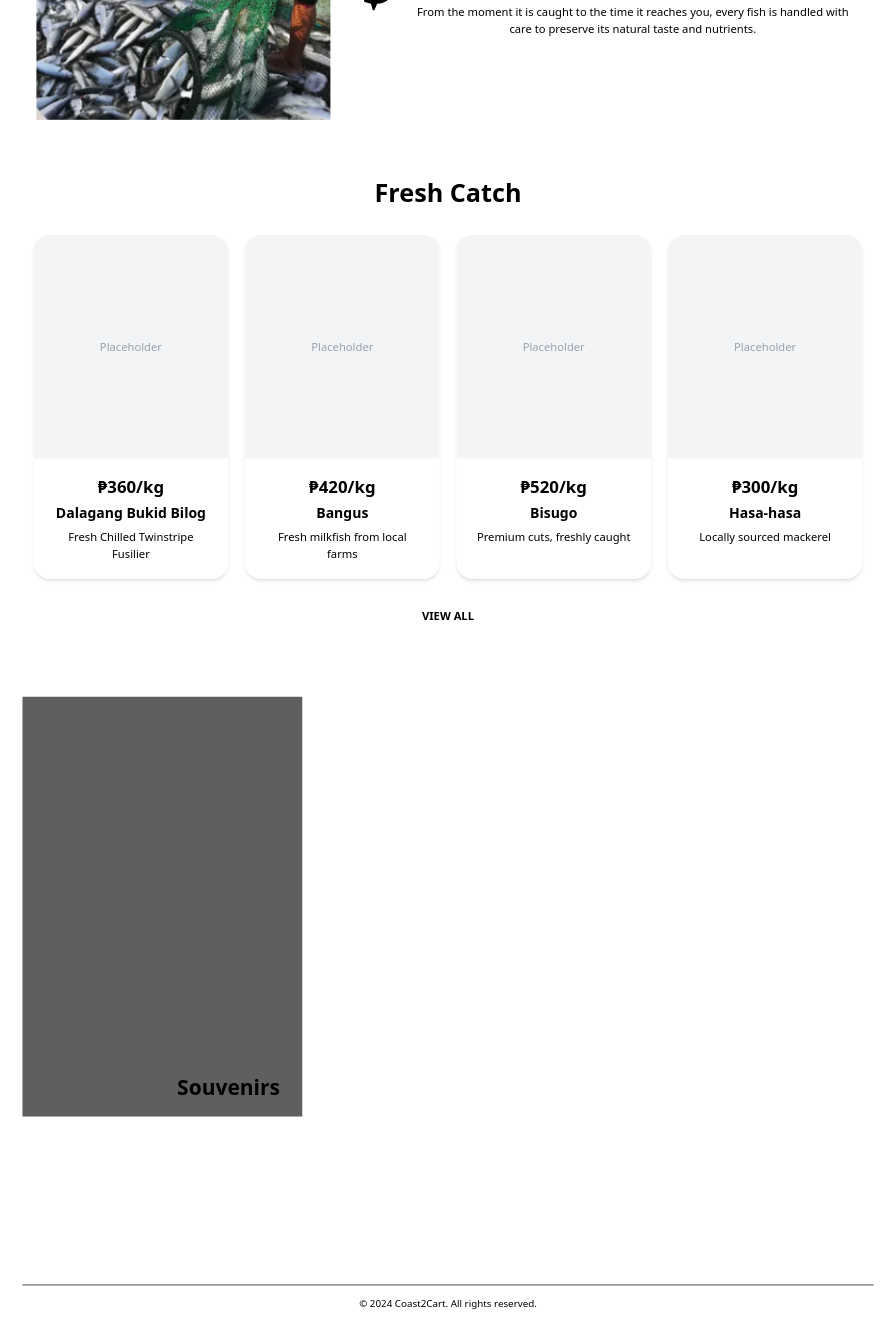
Repository: Coast2Card/coast2cart-frontend
Page: /
An editor plug-in stored every save of this project. The page is shown before and after the next save, followed by the edit.
The browser window is 1280 px wide. The pictures show the part of the page from y = 1873 to 3793 px (the page is 3793 px tall), at 70% of full size.
Pictures or frames that could not be fetched are drawn as grey boxes. The project was rebuilt for these pictures with package versions that can differ from the ones it lists, and the page was loaded fresh each time. Also part of the build but not shown: vite.config.js, src/pages/Seafood.jsx, src/pages/Souvenirs.jsx, src/pages/About.jsx, src/pages/Cart.jsx, src/pages/Profile.jsx, src/pages/Colors.jsx.

Above is the page before, as saved 2025-09-08 14:36:36.

### index.html
<!DOCTYPE html>
<html lang="en" data-theme="coast2cart">
  <head>
    <meta charset="UTF-8" />
    <!-- <link rel="icon" type="image/svg+xml" href="/vite.svg" /> -->
    <meta name="viewport" content="width=device-width, initial-scale=1.0" />
    <title>Coast2Cart</title>
  </head>
  <body>
    <div id="root"></div>
    <script type="module" src="/src/main.jsx"></script>
  </body>
</html>

### src/App.jsx
import { Routes, Route } from "react-router-dom";
import Layout from "./components/Layout";
import Home from "./pages/Home";
import Seafood from "./pages/Seafood";
import Souvenirs from "./pages/Souvenirs";
import About from "./pages/About";
import Cart from "./pages/Cart";
import Profile from "./pages/Profile";
import Colors from "./pages/Colors";
import "./App.css";

function App() {
  return (
    <Routes>
      {/* Routes with shared layout */}
      <Route path="/" element={<Layout />}>
        <Route index element={<Home />} />
        <Route path="seafood" element={<Seafood />} />
        <Route path="souvenirs" element={<Souvenirs />} />
        <Route path="about" element={<About />} />
        <Route path="cart" element={<Cart />} />
        <Route path="profile" element={<Profile />} />
        <Route path="colors" element={<Colors />} />
      </Route>
    </Routes>
  );
}

export default App;

### src/components/Layout.jsx
import { Outlet } from "react-router-dom";
import Navbar from "./Navbar";

const Layout = () => {
  return (
    <div className="min-h-screen bg-base-200">
      {/* Navigation Header */}
      <Navbar />

      {/* Main Content */}
      <main className=" mx-auto  ">
        <Outlet />
      </main>

      {/* Footer */}
      <footer className="bg-base-100 border-t border-base-300 mt-auto">
        <div className="max-w-7xl mx-auto py-4 px-4 sm:px-6 lg:px-8">
          <p className="text-center text-base-content/70 text-sm">
            © 2024 Coast2Cart. All rights reserved.
          </p>
        </div>
      </footer>
    </div>
  );
};

export default Layout;

### src/pages/Home.jsx
import homeBanner from "../assets/images/home_banner.jpg";
import baybayonLogo from "../assets/logos/c2c_white_transparent.png";
import fish1 from "../assets/images/home_fish1.png";
import fish2 from "../assets/images/home_fish2.png";
import fish3 from "../assets/images/home_fish3.png";
import fish4 from "../assets/images/home_fish4.png";
import fish5 from "../assets/images/home_fish5.png";
import HomeFeatures from "../components/home/HomeFeatures";
import HomeFreshCatch from "../components/home/HomeFreshCatch";
import HomeGallery from "../components/home/HomeGallery";
import HomeSouvenirs from "../components/home/HomeSouvenirs";
import CustomButton from "../components/CustomButton";
const Home = () => {
  return (
    <main className="relative overflow-x-hidden">
      {/* Home Banner */}
      <section className="w-full h-135 sm:h-[70vh] md:h-185 relative">
        <img
          src={homeBanner}
          alt="Home Banner"
          className="w-full h-full object-cover relative z-4"
          onError={(e) => {
            console.log("Image failed to load:", homeBanner);
            e.target.style.display = "none";
          }}
          onLoad={() => console.log("Image loaded successfully:", homeBanner)}
        />

        <div className="absolute inset-0 bg-black opacity-60 z-10"></div>

        <div className="absolute inset-0 z-20 flex items-start py-20 justify-center">
          <div className="text-center text-white">
            <h1 className="text-xl sm:text-2xl  font-extrabold font-display mb-[-15px] sm:mb-[-30px] md:mb-[-35px] lg:mb-[-30px]">
              Sea the best of Baybayon, from
            </h1>
            <img
              className="w-6/8 max-w-120 sm:w-6/8 md:4/8 lg:3/8 md:max-w-170 h-auto mx-auto "
              src={baybayonLogo}
            />
            <CustomButton text="Shop Now" className="mt-0 sm:mt-[-10px]" />
          </div>
        </div>
      </section>
      <section className=" relative overflow-hidden w-[140vw] flex items-center justify-center gap-4 sm:gap-6 mb-15 sm:mb-25   z-30 -mt-51 md:-mt-75 lg:-mt-75 left-1/2 -translate-x-1/2">
        <img
          src={fish1}
          alt="Fish 1"
          className="min-w-20 h-40 md:w-65 md:h-75  object-cover rounded-2xl"
        />
        <img
          src={fish2}
          alt="Fish 2"
          className="min-w-35 h-55  md:w-80 md:h-85 object-cover rounded-2xl"
        />
        <img
          src={fish3}
          alt="Fish 3"
          className="min-w-46 h-70 md:w-95 md:h-100 object-cover rounded-2xl"
        />
        <img
          src={fish4}
          alt="Fish 4"
          className="min-w-35 h-55 md:w-80 md:h-85 object-cover rounded-2xl"
        />
        <img
          src={fish5}
          alt="Fish 5"
          className="min-w-20 h-40 md:w-65 md:h-75 object-cover rounded-2xl"
        />
      </section>
      <section className="max-w-8xl mx-auto p-4 flex flex-col">
        <HomeFeatures className="mb-25" />
        <HomeGallery />
        <HomeFreshCatch />
      </section>
      <section className="flex lg:bg-primary w-full mb-60">
        <HomeSouvenirs />
      </section>
    </main>
  );
};

export default Home;

### src/components/Navbar.jsx
import { Link, useLocation } from "react-router-dom";
import { useState } from "react";
import { navLinks } from "../data/navigation";
import c2cLogo from "../assets/logos/c2c_transparent.png";
import searchIcon from "../assets/icons/search.png";
import cartIcon from "../assets/icons/cart.png";
import profileIcon from "../assets/icons/profile.png";
import commentIcon from "../assets/icons/comment.png";
const Navbar = () => {
  const location = useLocation();
  const [isMobileMenuOpen, setIsMobileMenuOpen] = useState(false);

  const isActive = (path) => {
    return location.pathname === path;
  };

  const toggleMobileMenu = () => {
    setIsMobileMenuOpen(!isMobileMenuOpen);
  };

  const closeMobileMenu = () => {
    setIsMobileMenuOpen(false);
  };

  return (
    <nav className="bg-base-300 shadow-lg py-2 sticky top-0 z-50">
      <div className="mx-auto px-6 sm:px-6 lg:px-8">
        <div className="flex justify-between h-16">
          <div className="flex items-center">
            <Link to="/" className="flex-shrink-0">
              <img src={c2cLogo} alt="Coast2Cart" className="h-17" />
            </Link>
          </div>

          {/* Desktop Navigation */}
          <div className="hidden md:flex items-center space-x-8">
            {navLinks.map((link) => (
              <Link
                key={link.path}
                to={link.path}
                className={`px-3 py-2 rounded-md text-md font-bold transition-colors ${
                  isActive(link.path)
                    ? " text-accent after:content-[''] after:block after:w-full after:h-0.5 after:bg-accent after:rounded-full"
                    : "text-black hover:text-primary hover:bg-base-200"
                }`}
              >
                {link.label}
              </Link>
            ))}
          </div>

          {/* Desktop Icons - Hidden on mobile */}
          <div className="hidden md:flex items-center gap-4 lg:gap-6">
            <img
              src={searchIcon}
              alt="Search"
              className="h-5 w-5 lg:h-5.5 lg:w-5.5 hover:cursor-pointer hover:opacity-60 transition-opacity duration-300"
            />
            <img
              src={commentIcon}
              alt="Comment"
              className="h-5 w-5 lg:h-5.5 lg:w-5.5 hover:cursor-pointer hover:opacity-60 transition-opacity duration-300"
            />
            <img
              src={cartIcon}
              alt="Cart"
              className="h-5 w-5 lg:h-5.5 lg:w-5.5 hover:cursor-pointer hover:opacity-60 transition-opacity duration-300"
            />
            <img
              src={profileIcon}
              alt="Profile"
              className="h-5 w-5 lg:h-5.5 lg:w-5.5 hover:cursor-pointer hover:opacity-60 transition-opacity duration-300"
            />
          </div>

          {/* Mobile menu button */}
          <div className="md:hidden flex items-center">
            <button
              onClick={toggleMobileMenu}
              className="inline-flex items-center justify-center p-2 rounded-md text-base-content hover:text-primary hover:bg-base-200 focus:outline-none focus:ring-2 focus:ring-inset focus:ring-primary"
              aria-expanded="false"
            >
              <span className="sr-only">Open main menu</span>
              {!isMobileMenuOpen ? (
                <svg
                  className="block h-6 w-6"
                  xmlns="http://www.w3.org/2000/svg"
                  fill="none"
                  viewBox="0 0 24 24"
                  stroke="currentColor"
                  aria-hidden="true"
                >
                  <path
                    strokeLinecap="round"
                    strokeLinejoin="round"
                    strokeWidth="2"
                    d="M4 6h16M4 12h16M4 18h16"
                  />
                </svg>
              ) : (
                <svg
                  className="block h-6 w-6"
                  xmlns="http://www.w3.org/2000/svg"
                  fill="none"
                  viewBox="0 0 24 24"
                  stroke="currentColor"
                  aria-hidden="true"
                >
                  <path
                    strokeLinecap="round"
                    strokeLinejoin="round"
                    strokeWidth="2"
                    d="M6 18L18 6M6 6l12 12"
                  />
                </svg>
              )}
            </button>
          </div>
        </div>
      </div>

      {/* Mobile Navigation Menu */}
      <div className={`md:hidden ${isMobileMenuOpen ? "block" : "hidden"}`}>
        <div className="px-2 pt-2 pb-3 space-y-1 sm:px-3 bg-base-100 border-t border-base-300">
          {navLinks.map((link) => (
            <Link
              key={link.path}
              to={link.path}
              onClick={closeMobileMenu}
              className={`block px-3 py-2 rounded-md text-base font-medium transition-colors ${
                isActive(link.path)
                  ? "bg-primary text-primary-content"
                  : "text-base-content hover:text-primary hover:bg-base-200"
              }`}
            >
              {link.label}
            </Link>
          ))}

          {/* Mobile Icons */}
          <div className="flex items-center justify-center gap-6 pt-4 border-t border-base-300 mt-4">
            <img
              src={searchIcon}
              alt="Search"
              className="h-6 w-6 hover:cursor-pointer hover:opacity-60 transition-opacity duration-300"
            />
            <img
              src={commentIcon}
              alt="Comment"
              className="h-6 w-6 hover:cursor-pointer hover:opacity-60 transition-opacity duration-300"
            />
            <img
              src={cartIcon}
              alt="Cart"
              className="h-6 w-6 hover:cursor-pointer hover:opacity-60 transition-opacity duration-300"
            />
            <img
              src={profileIcon}
              alt="Profile"
              className="h-6 w-6 hover:cursor-pointer hover:opacity-60 transition-opacity duration-300"
            />
          </div>
        </div>
      </div>
    </nav>
  );
};

export default Navbar;

### src/components/home/HomeFeatures.jsx
import cartIcon from "../../assets/icons/cart.png";
import commentIcon from "../../assets/icons/comment.png";
import profileIcon from "../../assets/icons/profile.png";
import searchIcon from "../../assets/icons/search.png";

const features = [
  {
    icon: cartIcon,
    title: "Fresh Catch",
    description: "Daily seafood direct from local fishers.",
  },
  {
    icon: searchIcon,
    title: "Dried Goods",
    description: "High-quality dried seafood.",
  },
  {
    icon: commentIcon,
    title: "Souvenirs",
    description: "Souvenirs made by our community.",
  },
  {
    icon: profileIcon,
    title: "Marketplace",
    description: "Easy orders and pickup with fishing time.",
  },
];

const HomeFeatures = ({ className = "" }) => {
  return (
    <article className={` mx-auto w-full ${className}`}>
      <section className="grid grid-cols-1 sm:grid-cols-2 space-y-6 lg:grid-cols-4 gap-6 sm:w-[95%] lg:w-[90%] xl:w-[80%] mx-auto">
        {features.map((item, index) => (
          <div
            key={index}
            className="flex flex-col items-center justify-start gap-2"
          >
            <div className="bg-accent mb-2 p-11 sm:p-11 flex justify-center items-center rounded-full">
              <div className="bg-gray-300 rounded-xl p-1 h-14 w-14"></div>
            </div>
            <h3 className="text-2xl font-bold text-primary">{item.title}</h3>
            <h3 className="text-md text-center">{item.description}</h3>
          </div>
        ))}
      </section>
    </article>
  );
};

export default HomeFeatures;

### src/components/home/HomeFreshCatch.jsx
const freshCatchItems = [
  {
    id: 1,
    price: "₱360/kg",
    name: "Dalagang Bukid Bilog",
    description: "Fresh Chilled Twinstripe Fusilier",
    image: null,
  },
  {
    id: 2,
    price: "₱420/kg",
    name: "Bangus",
    description: "Fresh milkfish from local farms",
    image: null,
  },
  {
    id: 3,
    price: "₱520/kg",
    name: "Bisugo",
    description: "Premium cuts, freshly caught",
    image: null,
  },
  {
    id: 4,
    price: "₱300/kg",
    name: "Hasa-hasa",
    description: "Locally sourced mackerel",
    image: null,
  },
];

const HomeFreshCatch = ({ className = "" }) => {
  return (
    <div className={`flex flex-col text-center ${className}`}>
      <h1 className="text-4xl font-bold text-accent mb-10">Fresh Catch</h1>
      <section className="grid grid-cols-1 sm:grid-cols-2 xl:grid-cols-4  gap-6 mb-8">
        {freshCatchItems.map((item) => (
          <div
            key={item.id}
            className="flex flex-col shadow-md overflow-hidden rounded-3xl"
          >
            <div className="bg-gray-100 h-80 flex items-center justify-center text-gray-400">
              Placeholder
            </div>
            <div className="bg-white p-6  flex flex-col gap-2 text-center items-center justify-center">
              <h3 className="text-success text-2xl font-bold">{item.price}</h3>
              <h3 className="text-black font-bold text-xl">{item.name}</h3>
              <p className="text-md">{item.description}</p>
            </div>
          </div>
        ))}
      </section>
      <div className="mb-20">
        <button className="bg-secondary text-primary uppercase px-6 py-2 rounded-full text-md font-semibold hover:bg-secondary/90 transition-colors">
          View All
        </button>
      </div>
    </div>
  );
};

export default HomeFreshCatch;

### src/components/home/HomeGallery.jsx
import React from "react";
import homeGallery1 from "../../assets/images/home_gallery1.png";
import FishIcon from "../icons/FishIcon";
const HomeGallery = () => {
  return (
    <div className="w-full flex flex-col sm:flex-row gap-9 lg:gap-12 p-1 mb-20 items-center justify-center mx-auto max-w-8xl  ">
      <div className="flex flex-1 min-w-75 sm:h-150 md:min-w-105  w-full md:h-150 bg-blue-100 ">
        <img src={homeGallery1} className="w-full h-full object-cover  " />
      </div>
      <div className=" flex flex-col min-w-20  gap-4 justify-center">
        <h2 className="font-bold text-3xl lg:text-4xl text-primary mb-1">
          Fresh From the Sea, Straight to You
        </h2>
        <p className="text-md mb-4">
          Every day, the fishermen of Barangay Baybayon bring in the freshest
          catch from our coastal waters, ensuring top quality seafood for your
          table. Proudly harvested and carefully handled, we take pride in
          delivering the goodness of the sea with every haul.
        </p>
        <div className="flex items-start gap-4 text-primary mb-4">
          <div className="max-h-22 min-w-11 font-bold pt-0.5">
            <FishIcon />
          </div>
          <div className="flex flex-col">
            <h3 className="font-bold text-xl mb-2">Sustainably Caught</h3>
            <p className="text-black">
              Our Baybayon fisherfolk use responsible fishing practices that
              respect both the ocean and its future.
            </p>
          </div>
        </div>
        <div className="flex items-start gap-4 text-primary">
          <div className="max-h-22 min-w-11 font-bold pt-0.5">
            <FishIcon />
          </div>
          <div className="flex flex-col">
            <h3 className="font-bold text-xl mb-2">Guaranteed Freshness</h3>
            <p className="text-black">
              From the moment it is caught to the time it reaches you, every
              fish is handled with care to preserve its natural taste and
              nutrients.
            </p>
          </div>
        </div>
      </div>
    </div>
  );
};

export default HomeGallery;

### src/components/home/HomeSouvenirs.jsx
import React from "react";
import souvenirBanner from "../../assets/images/home_banner2.png";
const HomeSouvenirs = () => {
  return (
    <>
      <div className="relative flex items-end justify-end h-150 w-full min-w-100 max-w-70">
        <div className="absolute flex items-end justify-end p-6 px-8 inset-0  bg-black opacity-40"></div>
        <div className="absolute flex items-end justify-end p-6 px-8 inset-0 ">
          <div className="flex flex-col">
            <h2 className="text-3xl font-bold text-secondary">Souvenirs</h2>
          </div>
        </div>
        <img
          className="w-full h-full object-cover object-top "
          src={souvenirBanner}
        />
      </div>
      <div className="flex-1"></div>
    </>
  );
};

export default HomeSouvenirs;

### src/components/CustomButton.jsx
import React from "react";

const CustomButton = ({ text, className }) => {
  return (
    <button
      className={` bg-secondary text-primary uppercase px-6 py-2 rounded-full text-md  font-semibold hover:bg-secondary/90 transition-colors cursor-pointer ${className}`}
    >
      {text}
    </button>
  );
};

export default CustomButton;

### src/data/navigation.js
// Navigation links data
export const navLinks = [
  { path: "/", label: "Home" },
  { path: "/seafood", label: "Seafood" },
  { path: "/souvenirs", label: "Souvenirs" },
  { path: "/about", label: "About" },
  // { path: "/cart", label: "Cart" },
  // { path: "/profile", label: "Profile" },
  // { path: "/colors", label: "Colors" },
];

### src/components/icons/FishIcon.jsx
import React from "react";

const FishIcon = () => {
  return (
    <div>
      <svg
        xmlns="http://www.w3.org/2000/svg"
        viewBox="0 0 256 256"
        className="text-primary fill-primary"
      >
        <rect width="256" height="256" fill="none" />
        <path d="M168,76a12,12,0,1,1-12-12A12,12,0,0,1,168,76Zm48.72,67.64c-19.37,34.9-55.44,53.76-107.24,56.1l-22,51.41A8,8,0,0,1,80.1,256l-.51,0a8,8,0,0,1-7.19-5.78L57.6,198.39,5.8,183.56a8,8,0,0,1-1-15.05l51.41-22c2.35-51.78,21.21-87.84,56.09-107.22,24.75-13.74,52.74-15.84,71.88-15.18,18.64.64,36,4.27,38.86,6a8,8,0,0,1,2.83,2.83c1.69,2.85,5.33,20.21,6,38.85C232.55,90.89,230.46,118.89,216.72,143.64Zm-4.3-100.07c-14.15-3-64.1-11-100.3,14.75a81.21,81.21,0,0,0-16,15.07,36,36,0,0,0,39.35,38.44,8,8,0,0,1,8.73,8.73,36,36,0,0,0,38.47,39.34,80.81,80.81,0,0,0,15-16C223.42,107.73,215.42,57.74,212.42,43.57Z" />
      </svg>
    </div>
  );
};

export default FishIcon;

Loaded but not shown: src/main.jsx (common file); src/index.css (common file); src/App.css (common file)

After the next save:
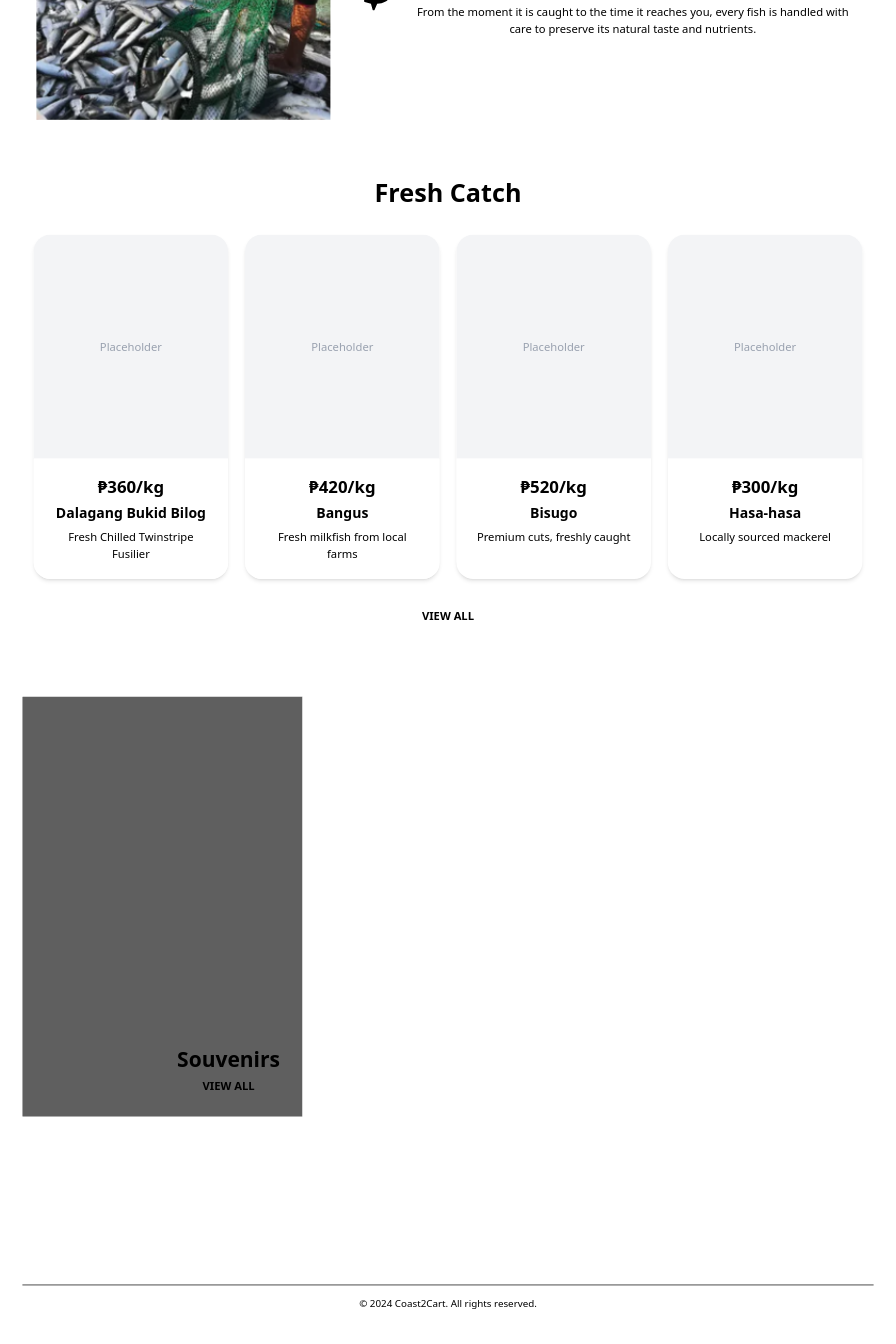
Saved 26 s later.
--- a/src/components/home/HomeSouvenirs.jsx
+++ b/src/components/home/HomeSouvenirs.jsx
@@ -1,5 +1,6 @@
 import React from "react";
 import souvenirBanner from "../../assets/images/home_banner2.png";
+import CustomButton from "../CustomButton";
 const HomeSouvenirs = () => {
   return (
     <>
@@ -8,6 +9,7 @@ const HomeSouvenirs = () => {
         <div className="absolute flex items-end justify-end p-6 px-8 inset-0 ">
           <div className="flex flex-col">
             <h2 className="text-3xl font-bold text-secondary">Souvenirs</h2>
+            <CustomButton text="View ALl" />
           </div>
         </div>
         <img
